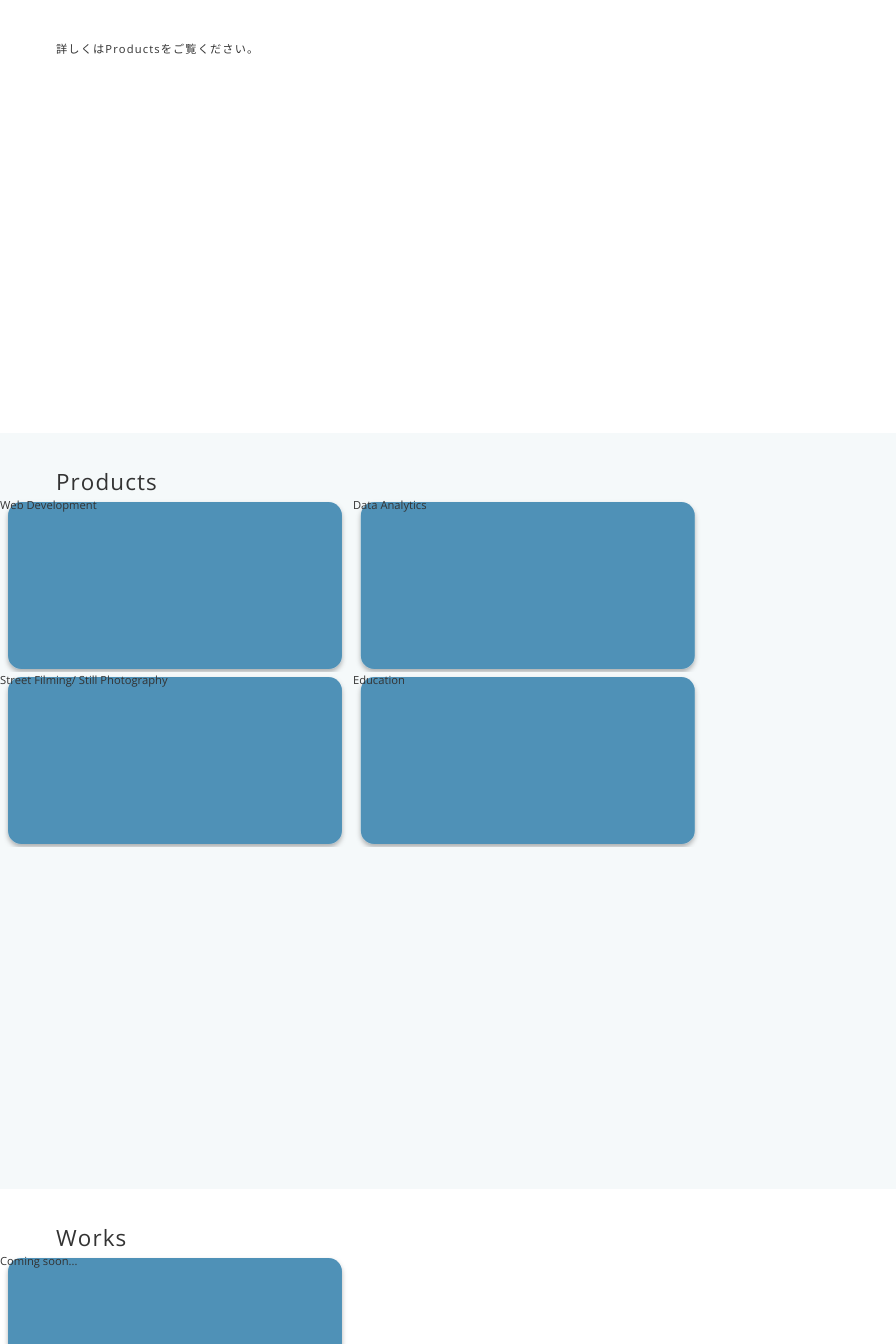
Repository: AirDepot/web
Page: index.html
An editor plug-in stored every save of this project. The page is shown before and after the next save, followed by the edit.
The browser window is 1280 px wide. The pictures show the part of the page from y = 1542 to 3462 px (the page is 6592 px tall), at 70% of full size.

Above is the page before, as saved 2020-02-11 23:57:51.

### index.html
<!DOCTYPE html>
<html lang="ja">
    <head>
        <meta charset="UTF-8">
        <link href="https://fonts.googleapis.com/css?family=Open+Sans:100,300,400,600" rel="stylesheet" type="text/css">
        <link href="http://code.ionicframework.com/ionicons/2.0.1/css/ionicons.min.css" rel="stylesheet" type="text/css">
        <link type="text/css" rel="stylesheet" href="./assets/css/common.css">
        <title>KustomApe</title>
        <meta name=”keywords” content="Python, Web, 映像, 教材, 開発">
        <meta name=”description” content=”Pythonを使ったプロダクト開発のKustomApe。車業界、ストリート映像を軸としたプロダクトDevelopmentユニット。Web開発、データクローリング、映像・写真、プログラミングの教材開発を行っています。”>
    </head>
    <body>
        <div id="wrap">
            <div id="home">
                <header id="header">
                    <h1 id="logo"><a href="#home"><img src="./assets/img/main_logo.svg" alt="KustomApe"></a></h1>
                    <nav id="nav">
                        <ul id="navigations">
                            <li><a href="#about">About</a></li>
                            <li><a href="#products">Products</a></li>
                            <li><a href="#works">Works</a></li>
                            <li><a href="#hackers">Developers</a></li>
                            <li><a href="#contact">Contact</a></li>
                        </ul>
                    </nav>
                </header>
                <div id="header_contents">
                    <p id="ape_icon"><img src="./assets/img/ape_icon.svg" alt="Apeのアイコン画像"></p>
                    <h2 id="concept">Verbalize, makes the best Product.</h2>
                </div>
            </div>
            <div id="about">
                <h3 class="section_titles">About</h3>
                <p id="about_kustomape">KustomApe(カスタムエイプ)はWebをはじめとする車業界、ストリート映像を軸としたDevelopmentユニットです。<br />
                好きを言語化して、プロダクトにすることを得意としています。<br />
                また、自分の生き方の選択肢を広げるため、プログラミング・英語・映像を軸とした教材開発も行っています。<br />
                部品輸入・アパレル輸入・アパレルデザインなども個人に特化した形で提供しております。<br />
                詳しくはProductsをご覧ください。</p>
            </div>
            <div id="products">
                <h3 class="section_titles">Products</h3>
                <section id="box_master">
                    <p class="box">Web Development</p>
                    <p class="box">Data Analytics</p>
                    <p class="box">Street Filming/ Still Photography</p>
                    <p class="box">Education</p>
                </section>
            </div>
            <div id="works">
                <h3 class="section_titles">Works</h3>
                <p class="box unlaunched">Coming soon...</p>
            </div>
            <div id="developers">
                <h3 class="section_titles">Developers</h3>

            </div>
            <div id="contact">
                <h3 class="section_titles">Contact</h3>

            </div>
            <footer id="footer">
                <small>Copyright &copy; 2020 KustomApe All Rights Reserved.</small>
            </footer>
        </div>
    </body>
</html>

### assets/css/common.css
/**********************************************
*** GENERAL
**********************************************/

* {
    margin: 0;
    padding: 0;
    box-sizing: border-box;
}

.clearfix::after {
    content: "";
    display: table;
    clear: both;
}

html {
    overflow: auto;
}

body {
    color: #333;
    font-family: Open Sans, Arial, Helvetica, sans-serif;
    overflow: hidden;
}

ul {
    list-style: none;
}

a {
    text-decoration: none;
}

div#wrap {
    width: 100%;
    margin-top: -3rem;
}

div#home {
    width: 100%;
    height: 1080px;
    background-image: url(../img/wrap_bg.svg);
    background-position: center top;
    background-repeat: no-repeat;
    background-size: cover;
}

header#header {
    width: 100%;
    height: 150px;
    margin-left: 5rem;
}

header#header h1#logo {
    width: 500px;
    margin-top: 3rem;
}

h1#logo img {
    margin-top: 3rem;
    width: 350px;
}

nav#nav {
    margin-top: -4rem;
}

nav#nav ul#navigations {
    display: flex;
    justify-content: center;
    align-items: center;
    list-style: none;
    margin-left: 43rem;
}

nav#nav ul#navigations li {
    padding-right: 3.5rem;
}

nav#nav ul#navigations li a {
    color: #fff;
}

div#header_contents {
    display: inline-flex;
    margin-left: 5rem;
    padding: 15rem 0;
}

div#header_contents h2#concept {
    padding: 4.5rem 1rem;
    letter-spacing: 0.1rem;
    font-weight: 100;
    font-size: 1.5rem;
}

div#header_contents p#ape_icon img {
    width: 200px;
}

h3.section_titles {
    font-size: 2rem;
    font-weight: 500;
    padding-top: 3rem;
    margin-left: 5rem;
    letter-spacing: 0.1rem;
}

div#about {
    width: 100%;
    height: 1080px;
}

div#about p#about_kustomape {
    padding-top: 5rem;
    margin-left: 5rem;
    font-size: 1rem;
    letter-spacing: 0.1rem;
    line-height: 5rem;
}

div#products {
    width: 100%;
    height: 1080px;
    background: #F5F9FA;
}

section#box_master {
    width: 1200px;
}

p.box {
    display: inline-block;
    background-image: url(../img/box_bg.svg);
    background-position: center top;
    background-repeat: no-repeat;
    background-size: cover;
    width: 500px;
    height: 250px;
}

div#works {
    width: 100%;
    height: 1080px;
}

div#developers {
    width: 100%;
    height: 1080px;
    background: #F5F9FA;
}

div#contact {
    width: 100%;
    height: 1080px;
}

footer#footer {
    width: 100%;
    height: 7rem;
    background: #285E7F;
}

footer#footer small {
    display: block;
    text-align: center;
    color: #fff;
    padding: 3rem 0;
}

After the next save:
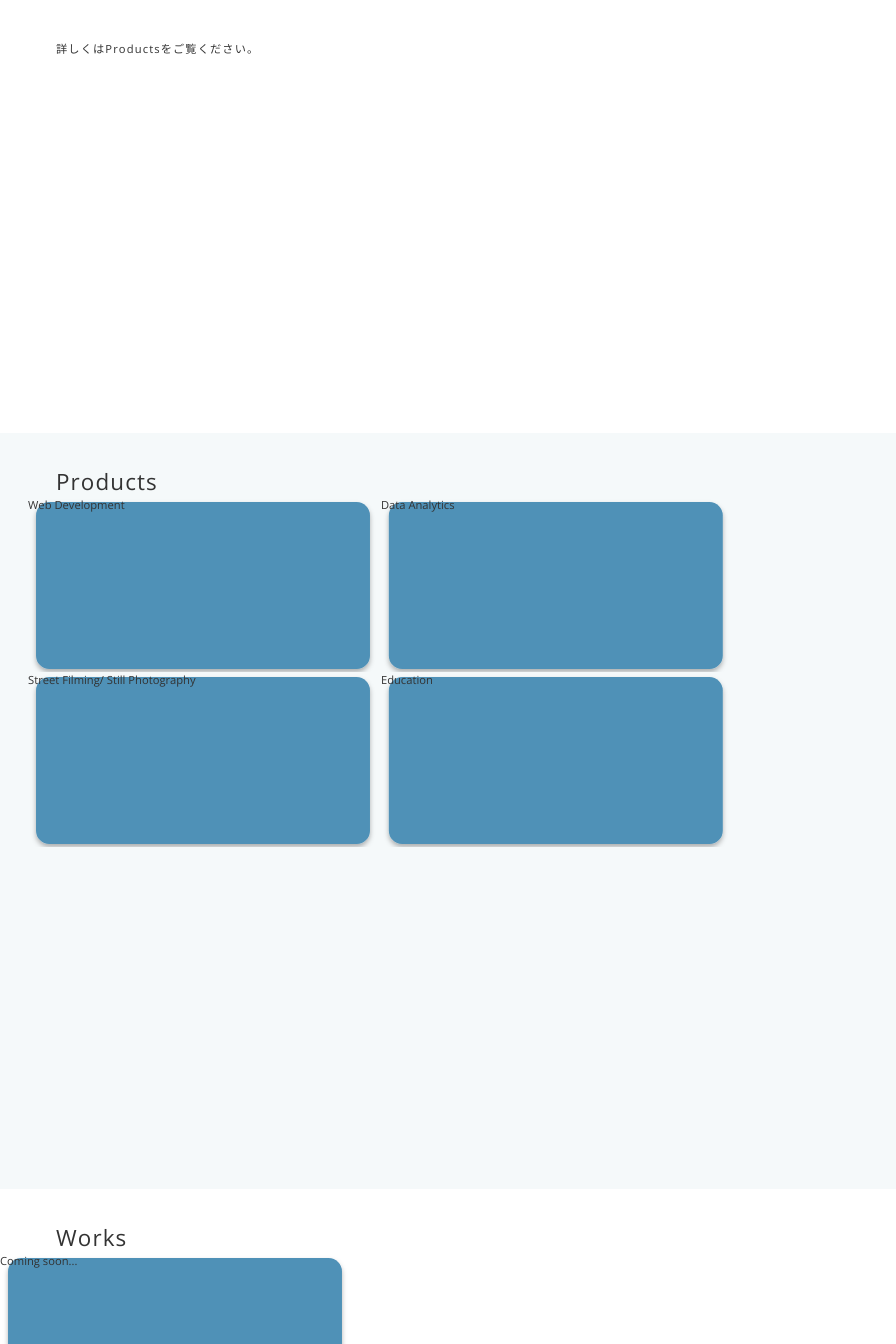
Saved 19 s later.
--- a/assets/css/common.css
+++ b/assets/css/common.css
@@ -127,7 +127,9 @@ div#products {
 }
 
 section#box_master {
+    display: block;
     width: 1200px;
+    margin: 0 auto;
 }
 
 p.box {
